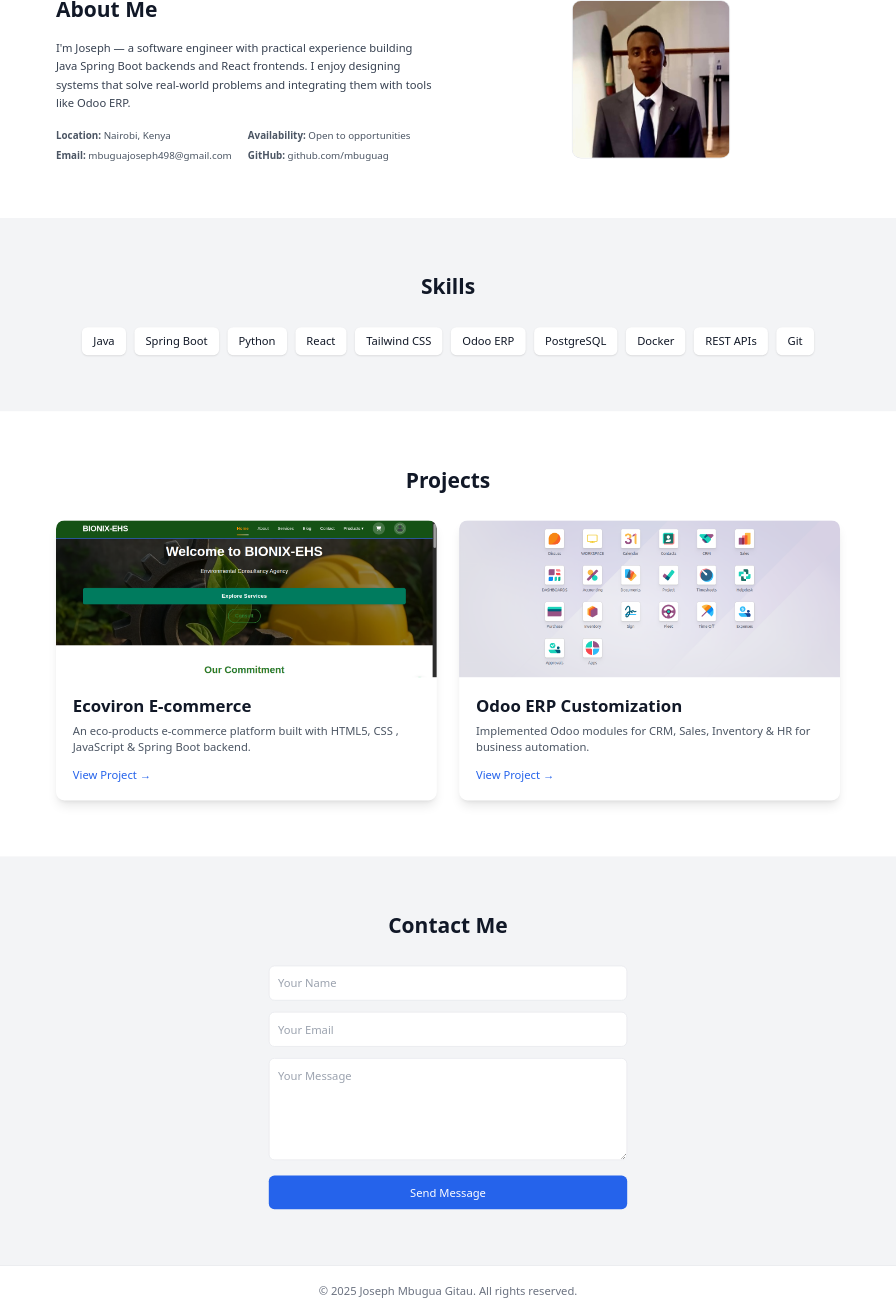
Repository: mbuguag/Portfolio
Page: /
These files come from the project's save history. The page is drawn as it stood at one moment and after the next save; the edit follows.
The browser window is 1280 px wide. The pictures show the part of the page from y = 869 to 2789 px (the page is 2749 px tall before and 2789 px after), at 70% of full size.
The project was rebuilt for these pictures with package versions that can differ from the ones it lists, and the page was loaded fresh each time. Also part of the build but not shown: vite.config.js.

Above is the page before, as saved 2025-10-24 11:06:18.

After the next save:
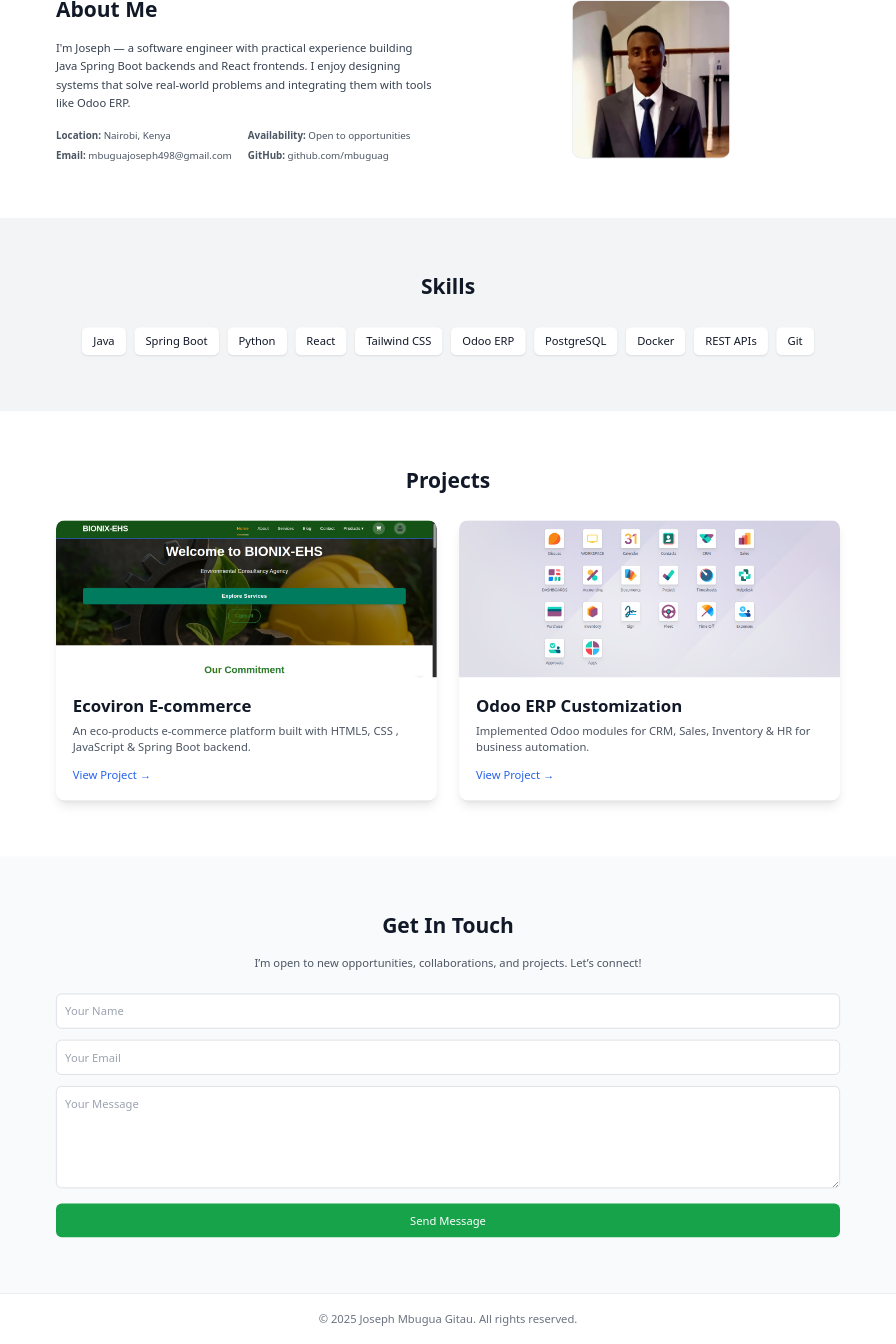
Saved 22 s later.
--- a/src/components/Contact.jsx
+++ b/src/components/Contact.jsx
@@ -1,13 +1,38 @@
+import React from "react";
+
 export default function Contact() {
   return (
-    <section id="contact" className="py-20 bg-gray-100 dark:bg-gray-800">
-      <h2 className="text-3xl font-bold mb-10 text-center">Contact Me</h2>
-      <form className="max-w-lg mx-auto space-y-4">
-        <input type="text" placeholder="Your Name" className="w-full p-3 rounded-lg border dark:bg-gray-700 dark:border-gray-600" />
-        <input type="email" placeholder="Your Email" className="w-full p-3 rounded-lg border dark:bg-gray-700 dark:border-gray-600" />
-        <textarea placeholder="Your Message" rows="5" className="w-full p-3 rounded-lg border dark:bg-gray-700 dark:border-gray-600"></textarea>
-        <button className="w-full bg-blue-600 text-white py-3 rounded-lg hover:bg-blue-700 transition">Send Message</button>
-      </form>
+    <section id="contact" className="py-20 bg-gray-50 dark:bg-gray-900">
+      <div className="container max-w-3xl text-center">
+        <h2 className="section-title">Get In Touch</h2>
+        <p className="text-gray-600 dark:text-gray-400 mb-8">
+          I’m open to new opportunities, collaborations, and projects. Let’s connect!
+        </p>
+
+        <form className="space-y-4">
+          <input
+            type="text"
+            placeholder="Your Name"
+            className="w-full p-3 rounded-lg border border-gray-300 dark:border-gray-700 bg-white dark:bg-gray-800"
+          />
+          <input
+            type="email"
+            placeholder="Your Email"
+            className="w-full p-3 rounded-lg border border-gray-300 dark:border-gray-700 bg-white dark:bg-gray-800"
+          />
+          <textarea
+            placeholder="Your Message"
+            rows="5"
+            className="w-full p-3 rounded-lg border border-gray-300 dark:border-gray-700 bg-white dark:bg-gray-800"
+          ></textarea>
+          <button
+            type="submit"
+            className="w-full bg-green-600 text-white py-3 rounded-lg hover:bg-green-700 transition"
+          >
+            Send Message
+          </button>
+        </form>
+      </div>
     </section>
   );
 }
